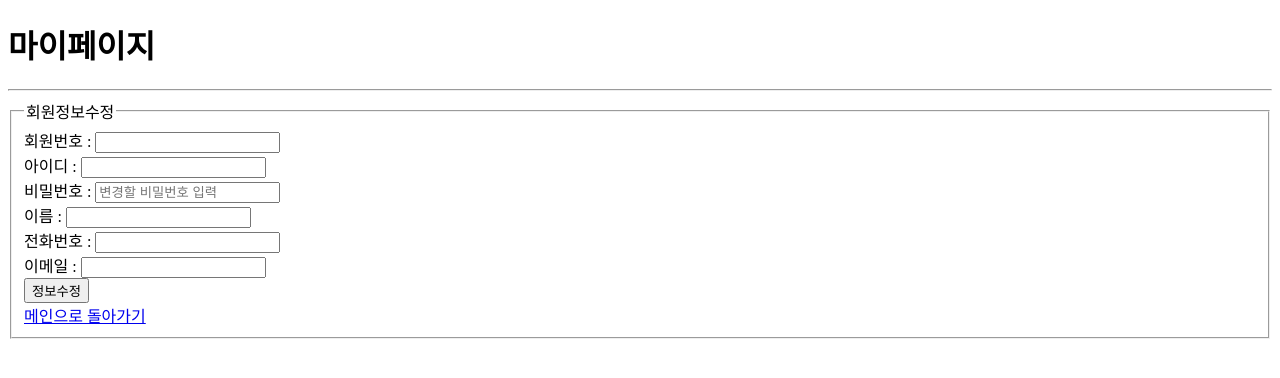
Repository: bbookk1104/spring-workspace
Page: http://localhost/02_SpringMVC_CRUD/mypage.do
These files come from the project's save history. The page is drawn as it stood at one moment and after the next save; the edit follows.
The browser window is 1280 px wide. The pictures show the whole page.
The page is served by Tomcat 9. Other server files are loaded and not shown.

Above is the page before, as saved 2022-09-30 06:52:01.

### 02_SpringMVC_CRUD/src/main/webapp/WEB-INF/views/member/mypage.jsp
<%@ page language="java" contentType="text/html; charset=UTF-8"
    pageEncoding="UTF-8"%>
<!DOCTYPE html>
<html>
<head>
<meta charset="UTF-8">
<title>Insert title here</title>
</head>
<body>
	<h1>마이페이지</h1>
	<hr>
	<form action="/update.do" method="post">
		<fieldset>
			<legend>회원정보수정</legend>
			회원번호 : <input type="text" name="memberNo" value="${sessionScope.m.memberNo }"><br>
			아이디 : <input type="text" name="memberId" value="${sessionScope.m.memberId }"><br>
			비밀번호 : <input type="password" name="memberPw" placeholder="변경할 비밀번호 입력"><br>
			이름 : <input type="text" name="memberName" value="${sessionScope.m.memberName }"><br>
			전화번호 : <input type="text" name="phone" placeholder="${sessionScope.m.phone }"><br>
			이메일 : <input type="text" name="email" placeholder="${sessionScope.m.email }"><br>
			<input type="submit" value="정보수정"><br>
			<a href="/">메인으로 돌아가기</a>
		</fieldset>
	</form>
</body>
</html>

After the next save:
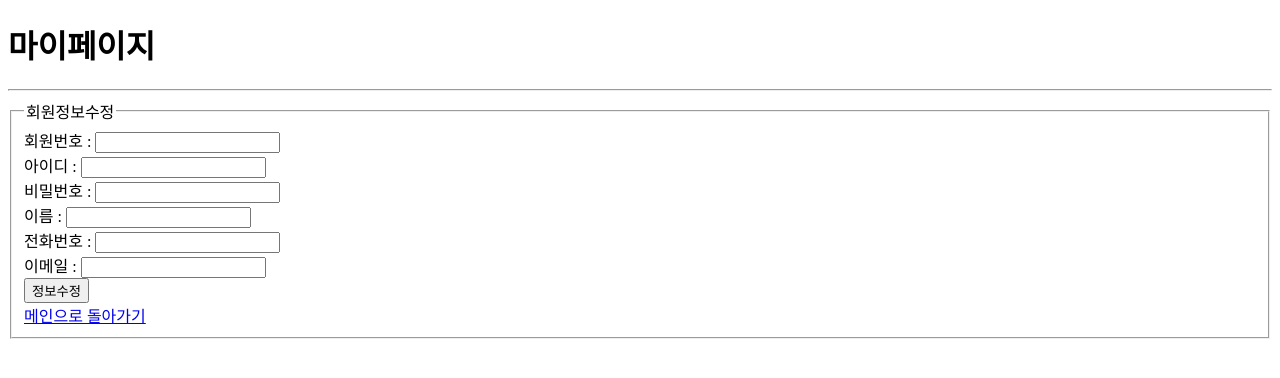
Saved 22 s later.
--- a/02_SpringMVC_CRUD/src/main/webapp/WEB-INF/views/member/mypage.jsp
+++ b/02_SpringMVC_CRUD/src/main/webapp/WEB-INF/views/member/mypage.jsp
@@ -14,7 +14,7 @@
 			<legend>회원정보수정</legend>
 			회원번호 : <input type="text" name="memberNo" value="${sessionScope.m.memberNo }"><br>
 			아이디 : <input type="text" name="memberId" value="${sessionScope.m.memberId }"><br>
-			비밀번호 : <input type="password" name="memberPw" placeholder="변경할 비밀번호 입력"><br>
+			비밀번호 : <input type="password" name="memberPw" placeholder="${sessionScope.m.memberPw }"><br>
 			이름 : <input type="text" name="memberName" value="${sessionScope.m.memberName }"><br>
 			전화번호 : <input type="text" name="phone" placeholder="${sessionScope.m.phone }"><br>
 			이메일 : <input type="text" name="email" placeholder="${sessionScope.m.email }"><br>
